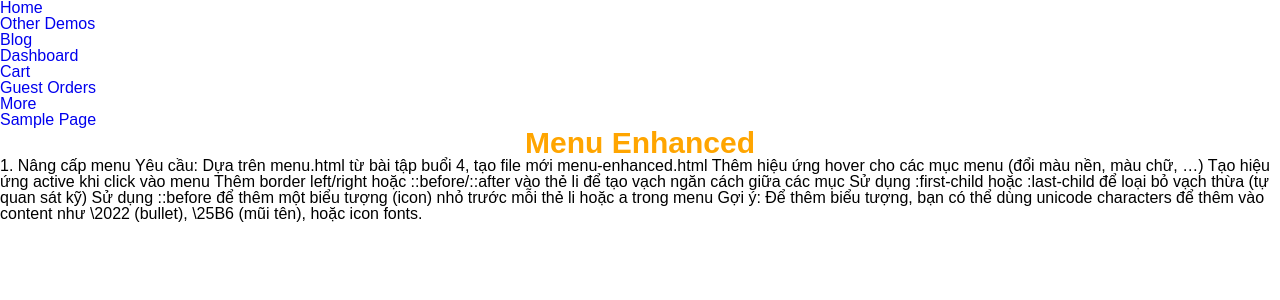
Repository: lannguyen1301/f8-zoom-day-5
Page: menu-enhanced.html
An editor plug-in stored every save of this project. The page is shown before and after a run of saves, followed by the edit.
The browser window is 1280 px wide. The pictures show the whole page.

Above is the page before, as saved 2025-04-21 13:05:30.

After the next 4 saves:
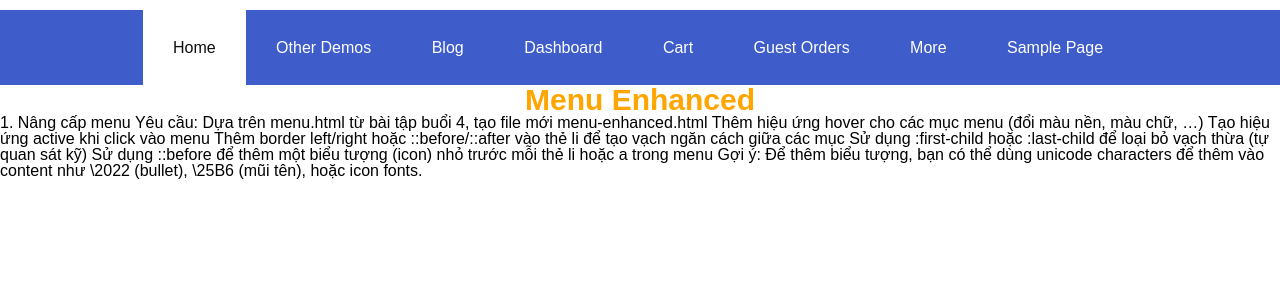
The 4 saves are shown as one change because they came seconds apart.
The last was saved 58 s later.
--- a/assets/css/style.css
+++ b/assets/css/style.css
@@ -27,3 +27,44 @@ a {
     font-weight: 900;
     color: orange;
 }
+
+/* navbar */
+nav {
+    margin-top: 10px;
+
+    height: 75px;
+    background-color: #3e5cca;
+}
+
+/* ul.navbar-list {
+    display: flex;
+    align-items: center;
+    justify-content: space-evenly;
+} */
+
+ul.navbar-list {
+    text-align: center;
+}
+
+.navbar-item {
+    display: inline-block;
+    margin-left: -4px;
+}
+
+.nabar-link {
+    line-height: 75px;
+    color: #fff;
+
+    font-weight: 500;
+    padding: 0 30px;
+}
+
+.active,
+.navbar-item:hover {
+    background-color: #fff;
+}
+
+.navbar-item:hover > a,
+.active > a {
+    color: #0f0f0f;
+}
